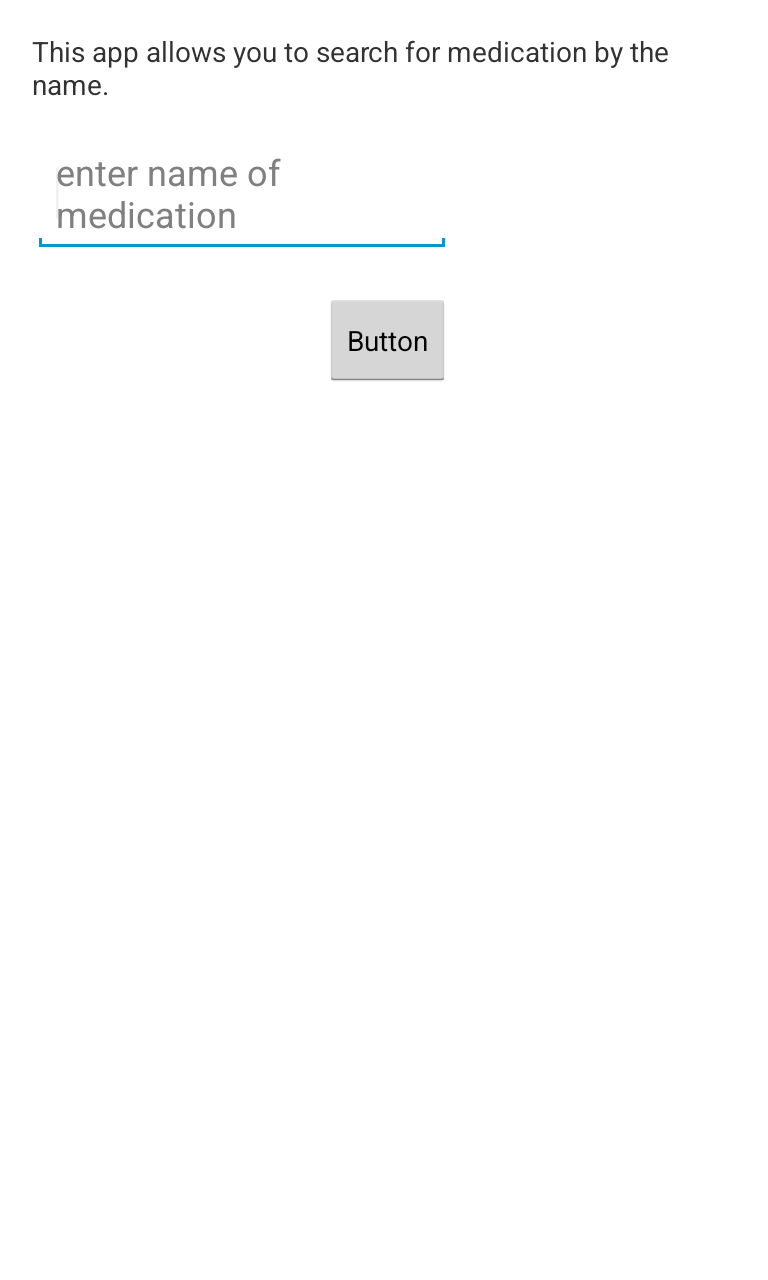
Repository: rosingrr/software-engineering
Layout: app/SympMeds/res/layout/activity_main.xml
The author's editor kept a copy of each file at every save. The layout is drawn from the files as they stood at one save, then again after the next save.
It is drawn on a 768 x 1280 px phone screen (xhdpi) without system bars, with theme AppTheme; the app's code is not run.

Above is the layout before, as saved 2013-05-30 14:46:53.

After the next save:
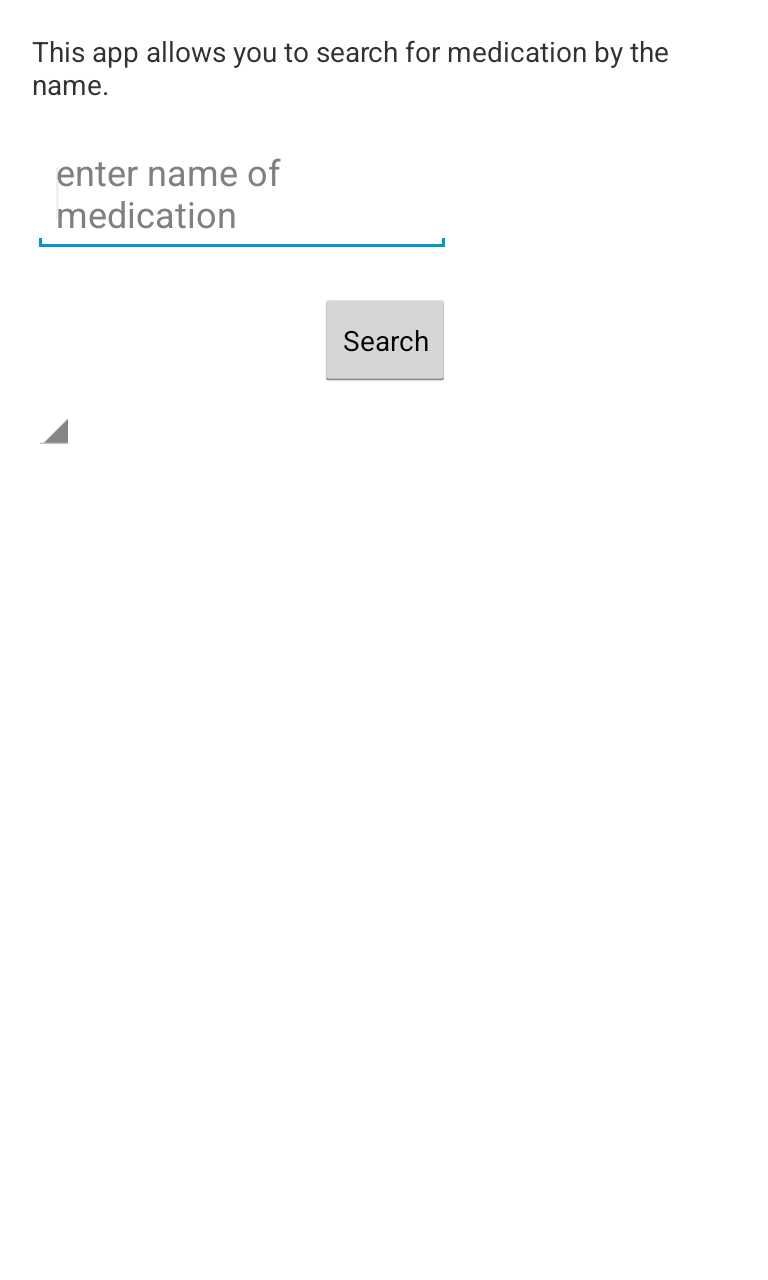
Saved 72 s later.
--- a/app/SympMeds/res/layout/activity_main.xml
+++ b/app/SympMeds/res/layout/activity_main.xml
@@ -35,6 +35,13 @@
         android:layout_alignRight="@+id/editText1"
         android:layout_below="@+id/editText1"
         android:layout_marginTop="19dp"
-        android:text="Button" />
+        android:text="@string/search" />
+
+    <Spinner
+        android:id="@+id/spinner1"
+        android:layout_width="wrap_content"
+        android:layout_height="wrap_content"
+        android:layout_alignLeft="@+id/editText1"
+        android:layout_below="@+id/button1" />
 
 </RelativeLayout>
